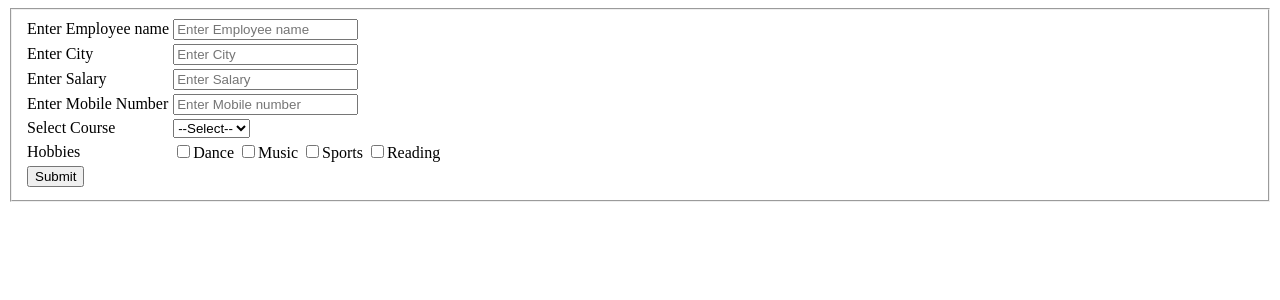
Repository: bigee1397/22-3-2024
Page: http://localhost/RDDemo/
An editor plug-in stored every save of this project. The page is shown before and after the next save, followed by the edit.
The browser window is 1280 px wide. The pictures show the whole page.
The page is served by Tomcat 9.

Above is the page before, as saved 2024-03-15 04:53:35.

After the next save:
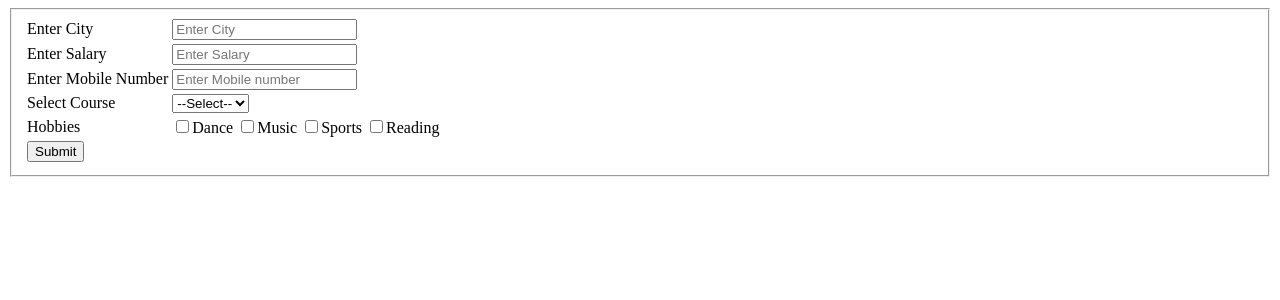
Saved 10 s later.
--- a/jspandservlets/RDDemo/src/main/webapp/index.jsp
+++ b/jspandservlets/RDDemo/src/main/webapp/index.jsp
@@ -9,7 +9,7 @@
 <body>
 	<fieldset>
 		<form action="registerServlet" method="post">
-			<table>
+			<table align="left>
 				<tr>
 					<td>Enter Employee name</td>
 					<td><input type="text" name="employeeName" placeholder="Enter Employee name" /> </td>

After the save that followed:
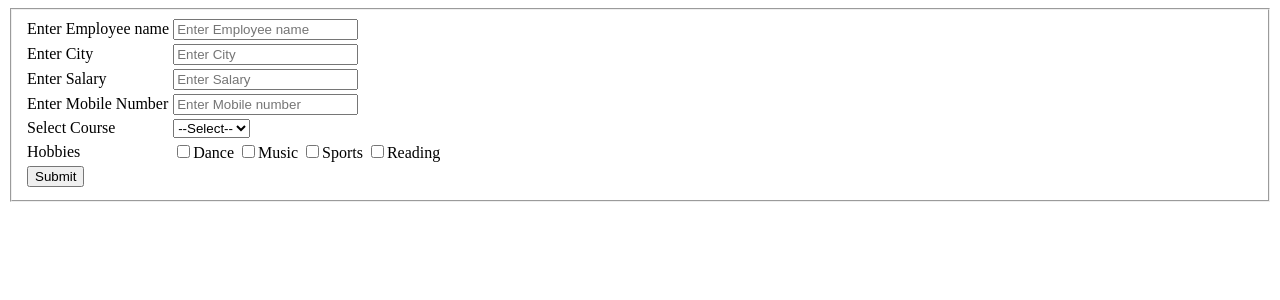
Saved 5 s later.
--- a/jspandservlets/RDDemo/src/main/webapp/index.jsp
+++ b/jspandservlets/RDDemo/src/main/webapp/index.jsp
@@ -9,7 +9,7 @@
 <body>
 	<fieldset>
 		<form action="registerServlet" method="post">
-			<table align="left>
+			<table align="left">
 				<tr>
 					<td>Enter Employee name</td>
 					<td><input type="text" name="employeeName" placeholder="Enter Employee name" /> </td>
